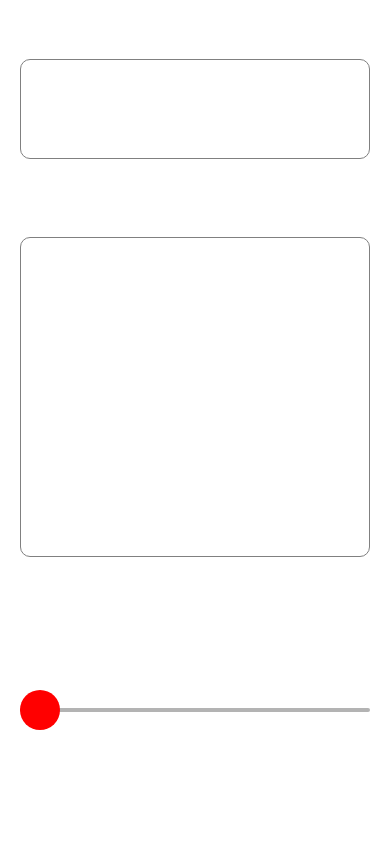
Repository: sonnke/imageResizer
Screen: /
The author's editor kept a copy of each file at every save. The screen is drawn from the files as they stood at one save, then again after the next save.
Pictures or frames that could not be fetched are drawn as grey boxes. The app was drawn by React Native's web renderer in a window 390 px wide. The project was rebuilt for these pictures with package versions that can differ from the ones it lists, and the page was loaded fresh each time.

Above is the screen before, as saved 2020-02-02 22:30:13.

After the next save:
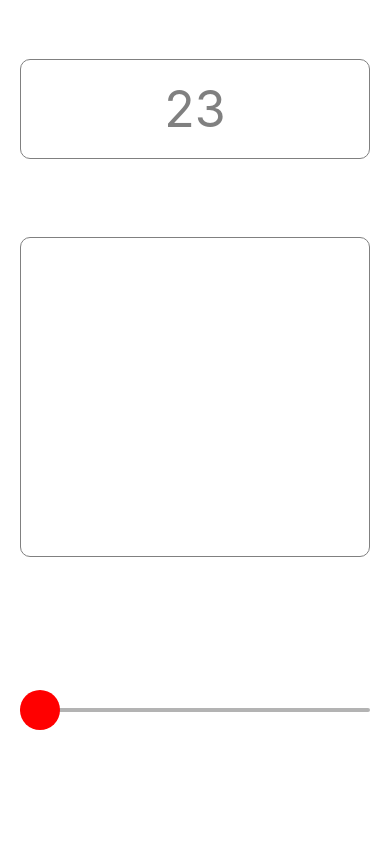
Saved 2 min 17 s later.
--- a/App.tsx
+++ b/App.tsx
@@ -47,5 +47,14 @@ export default function App() {
     toggleSlider ? `enabled` : `disabled`
   } after 30 seconds`;
 
-  return <StyledView />;
+  return (
+    <StyledView
+      seconds={seconds}
+      toggleSlider={toggleSlider}
+      sliderNum={sliderNum}
+      imageSize={imageSize}
+      setSliderValue={setSliderValue}
+      imageSource={imageSource}
+    />
+  );
 }
